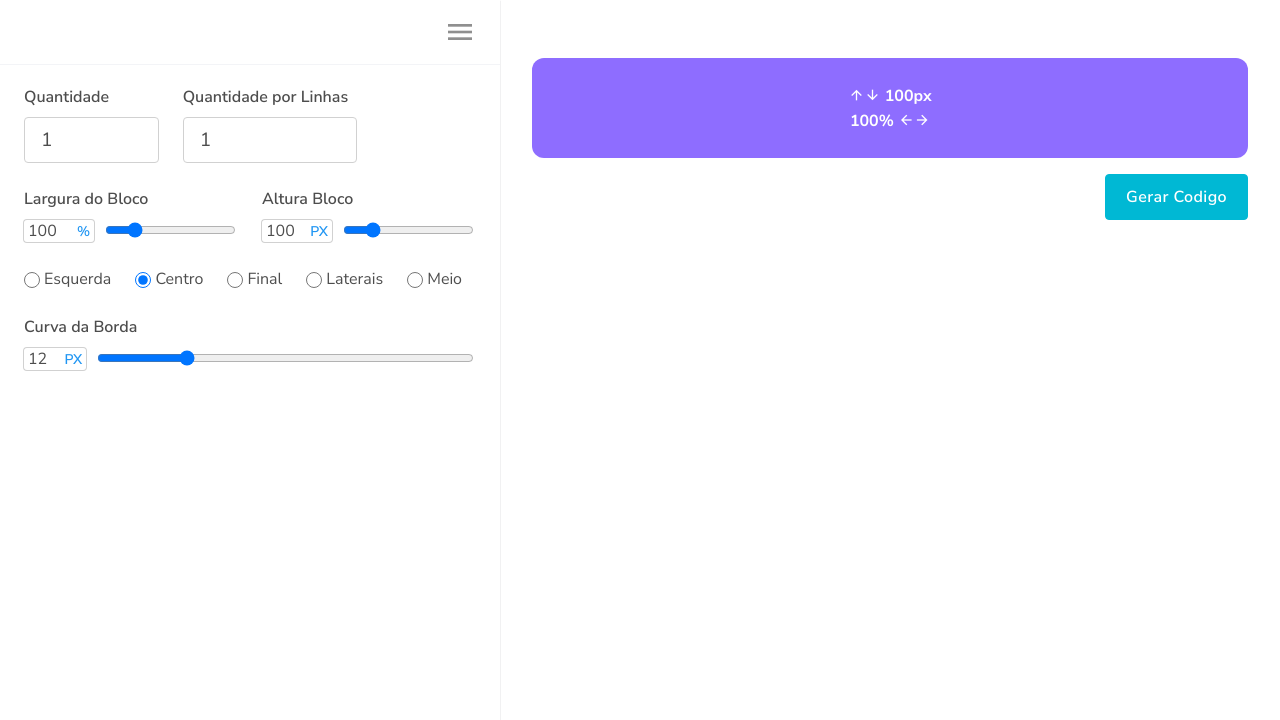
Repository: Flintdl/lowcode-elements
Page: /
An editor plug-in stored every save of this project. The page is shown before and after the next save, followed by the edit.
The browser window is 1280 px wide. The pictures show the whole page.
The project was rebuilt for these pictures with package versions that can differ from the ones it lists, and the page was loaded fresh each time. Also part of the build but not shown: vue.config.js, src/components/templates/InputsCustomizacao.vue.

Above is the page before, as saved 2022-04-05 11:03:29.

After the next save:
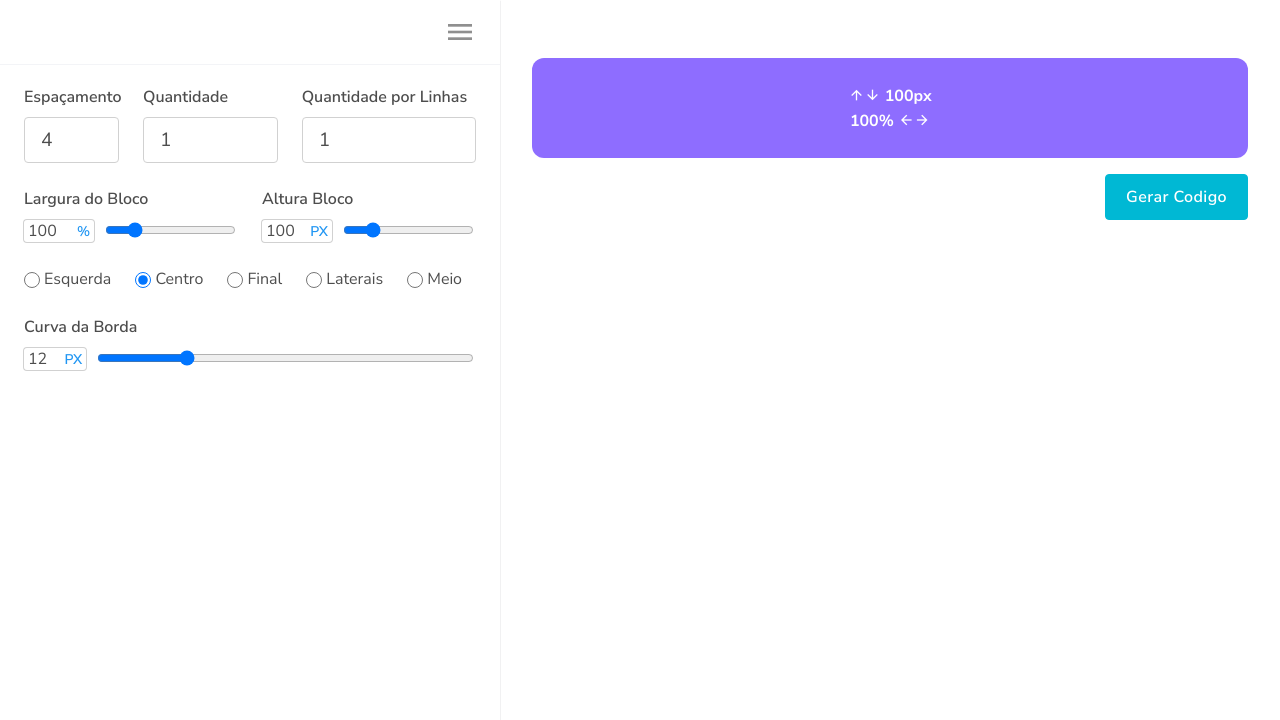
Saved 101 s later.
--- a/src/components/Menu/MenuTemplate.vue
+++ b/src/components/Menu/MenuTemplate.vue
@@ -21,7 +21,19 @@
         <ul class="sf-menu-ul">
           <li class="sf-menu-li sf-px-4">
             <div class="sf-row">
-              <inputEspacamento :chave="inputGap" />
+              <div class="sf-col-3 sf-form-group">
+                <label class="sf-label">Espaçamento</label>
+                <input
+                  type="number"
+                  min="1"
+                  max="12"
+                  value="2"
+                  id="inputGap"
+                  v-model="inputGap"
+                  class="filter-states sf-text-capitalize"
+                  placeholder="Quantidade de Blocos"
+                />
+              </div>
               <div class="sf-col-4 sf-form-group">
                 <label class="sf-label">Quantidade</label>
                 <input
@@ -247,7 +259,6 @@
 
 <script>
 import HomeView from "@/views/HomeView.vue";
-import { inputEspacamento } from "@/components/templates/InputsCustomizacao.vue";
 import image from "@/assets/logo-soften.webp";
 
 export default {
@@ -266,7 +277,6 @@ export default {
   },
   components: {
     HomeView,
-    inputEspacamento,
   },
   beforeMount() {
     if (window.innerWidth >= 768) {
